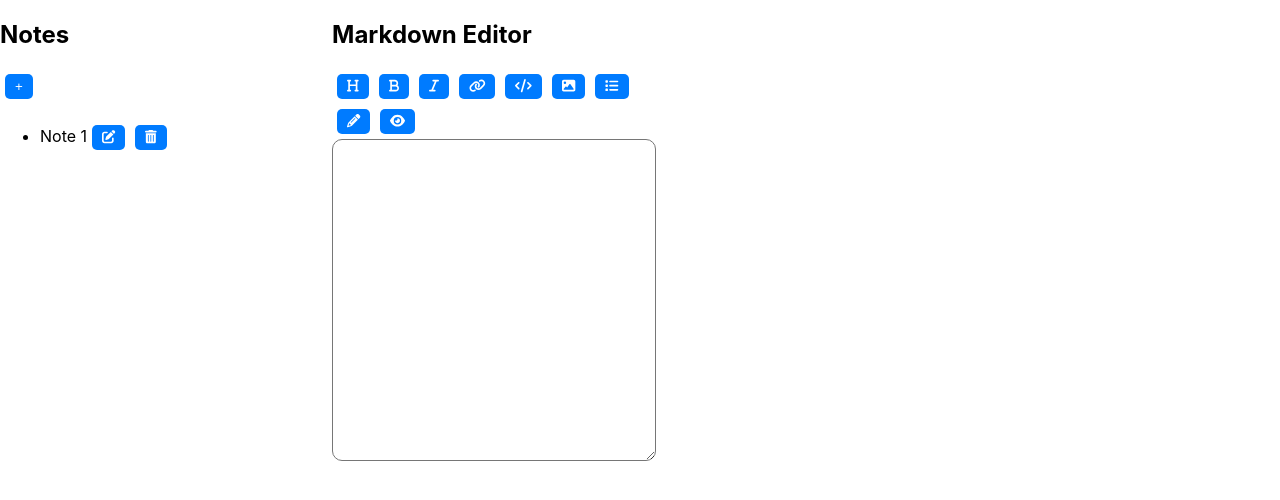
Repository: sriram1224/markdown_editor
Page: /
The author's editor kept a copy of each file at every save. The page is drawn from the files as they stood at one save, then again after the next save.
The browser window is 1280 px wide. The pictures show the whole page.
The project was rebuilt for these pictures with package versions that can differ from the ones it lists, and the page was loaded fresh each time.

Above is the page before, as saved 2024-04-22 23:09:31.

### src/App.js
import "./App.css";
import MarkdownEditor from './Components/Markdown';
function App() {
  return (
    <div>
     <MarkdownEditor />
    </div>
  );
}

export default App;

### src/App.css
.markdown-editor {
  display: flex;
  justify-content: space-between;
}

.notes-section {
  width: 45%;
  background-color: #f5f5f5;
  padding: 20px;
  border-radius: 10px;
}

.notes-section h2 {
  color: #333;
}

.notes-section ul {
  list-style-type: none;
  padding: 0;
}
.textarea{
  width: 100%;
  height: 300px;
  border-radius: 10px;
  padding: 10px;
  font-size: 16px;

}

.notes-section ul li {
  margin: 10px 0;
}
.container{
  display: flex;
  width: 100%;
  gap: 10rem;
}
.editor-section {

  background-color: #f5f5f5;
  padding: 20px;
  border-radius: 10px;
}

.editor-section h2 {
  color: #333;
}

.editor-section textarea {
  width: 100%;
  height: 300px;
  border-radius: 10px;
  padding: 10px;
  font-size: 16px;
}

button {
  margin: 5px;
  padding: 5px 10px;
  border: none;
  border-radius: 5px;
  background-color: #007bff;
  color: white;
  cursor: pointer;
}

button:hover {
  background-color: #0056b3;
}

### src/Components/Markdown.js
import React, { useState, useRef } from 'react';
import ReactMarkdown from 'react-markdown';
import { FontAwesomeIcon } from '@fortawesome/react-fontawesome';
import { faHeading, faBold, faItalic, faLink, faCode, faImage, faList, faEdit, faTrashAlt, faEye, faPencilAlt } from '@fortawesome/free-solid-svg-icons';


const MarkdownEditor = () => {
  const [notes, setNotes] = useState([{ id: 1, content: '' }]);
  const [currentNoteId, setCurrentNoteId] = useState(1);
  const [markdownContent, setMarkdownContent] = useState('');
  const [showEditor, setShowEditor] = useState(true);

  const textareaRef = useRef();

  const handleNoteAdd = () => {
    const newNoteId = (notes[notes.length - 1]?.id || 0) + 1;
    setNotes([...notes, { id: newNoteId, content: '' }]);
    setCurrentNoteId(newNoteId);
    setMarkdownContent('');
    setShowEditor(true);
  };

  const handleNoteChange = (id, content) => {
    const updatedNotes = notes.map((note) =>
      note.id === id ? { ...note, content } : note
    );
    setNotes(updatedNotes);
  };

  const handleEditorChange = (content) => {
    setMarkdownContent(content);
    handleNoteChange(currentNoteId, content);
  };

  const handleNoteClick = (id) => {
    const note = notes.find(note => note.id === id);
    if (note) {
      setCurrentNoteId(id);
      setMarkdownContent(note.content);
      setShowEditor(true);
    }
  };

  const handleMarkdownFeatureClick = (feature) => {
    const markdownSnippet = {
      heading: '# heading\n',
      bold: '**bold text**\n',
      italic: '*italic text*\n',
      link: '[link text](http://example.com)\n',
      code: '`code`\n',
      image: '![alt text](image.jpg)\n',
      list: '- list item\n',
    }[feature];

    const cursorPosition = textareaRef.current.selectionStart;
    const newMarkdownContent = [
      markdownContent.slice(0, cursorPosition),
      markdownSnippet,
      markdownContent.slice(cursorPosition),
    ].join('');

    setMarkdownContent(newMarkdownContent);
    handleNoteChange(currentNoteId, newMarkdownContent);
  };

  const handleNoteDelete = (id) => {
    setNotes(notes.filter(note => note.id !== id));
    if (id === currentNoteId) {
      setCurrentNoteId(null);
      setMarkdownContent('');
      setShowEditor(false);
    }
  };

  return (
    <div className="container">
      <div className="notes-container">
        <h2>Notes</h2>
        <button className="button" onClick={handleNoteAdd}>+</button>
        <ul>
          {notes.map((note) => (
            <li key={note.id}>
              Note {note.id}
              <button className="button" onClick={() => handleNoteClick(note.id)}><FontAwesomeIcon icon={faEdit} /></button>
              <button className="button" onClick={() => handleNoteDelete(note.id)}><FontAwesomeIcon icon={faTrashAlt} /></button>
            </li>
          ))}
        </ul>
      </div>
      <div className="markdown-container">
        <h2>Markdown Editor</h2>
        <div>
          <button className="button" onClick={() => handleMarkdownFeatureClick('heading')}><FontAwesomeIcon icon={faHeading} /></button>
          <button className="button" onClick={() => handleMarkdownFeatureClick('bold')}><FontAwesomeIcon icon={faBold} /></button>
          <button className="button" onClick={() => handleMarkdownFeatureClick('italic')}><FontAwesomeIcon icon={faItalic} /></button>
          <button className="button" onClick={() => handleMarkdownFeatureClick('link')}><FontAwesomeIcon icon={faLink} /></button>
          <button className="button" onClick={() => handleMarkdownFeatureClick('code')}><FontAwesomeIcon icon={faCode} /></button>
          <button className="button" onClick={() => handleMarkdownFeatureClick('image')}><FontAwesomeIcon icon={faImage} /></button>
          <button className="button" onClick={() => handleMarkdownFeatureClick('list')}><FontAwesomeIcon icon={faList} /></button>
        </div>
        <div>
          <button className="button" onClick={() => setShowEditor(true)}><FontAwesomeIcon icon={faPencilAlt} /></button>
          <button className="button" onClick={() => setShowEditor(false)}><FontAwesomeIcon icon={faEye} /></button>
        </div>
        {showEditor ? (
          <textarea
            ref={textareaRef}
            value={markdownContent}
            onChange={(e) => handleEditorChange(e.target.value)}
            className="textarea"
          />
        ) : (
          <ReactMarkdown className="markdown-content">{markdownContent}</ReactMarkdown>
        )}
      </div>
    </div>
  );
};

export default MarkdownEditor;

Loaded but not shown: public/index.html (common file); src/index.js (common file); src/index.css (common file); src/reportWebVitals.js (common file)

After the next save:
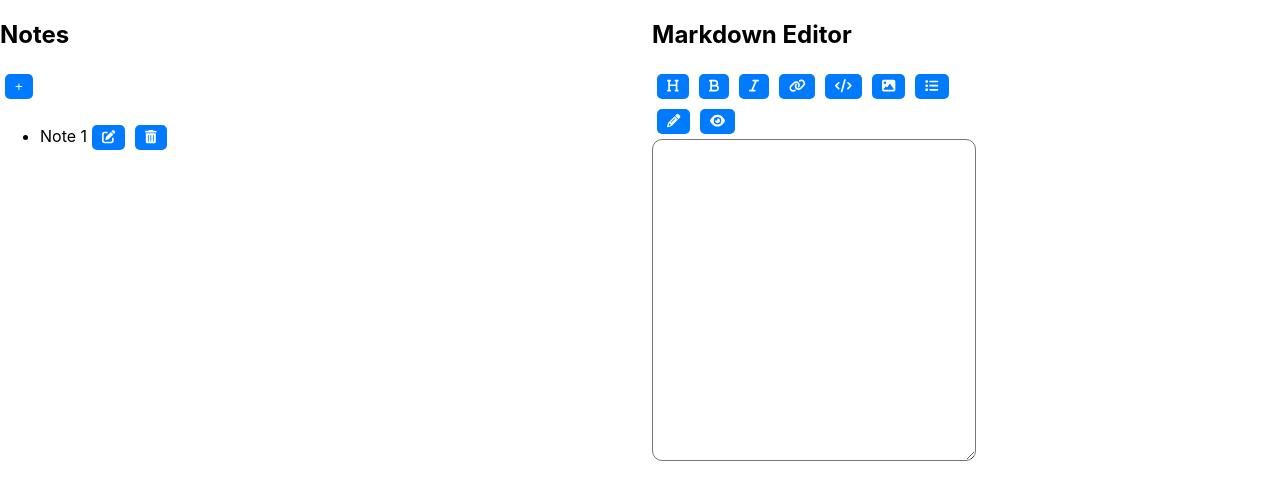
Saved 5 s later.
--- a/src/App.css
+++ b/src/App.css
@@ -33,7 +33,7 @@
 .container{
   display: flex;
   width: 100%;
-  gap: 10rem;
+  gap: 30rem;
 }
 .editor-section {
 
